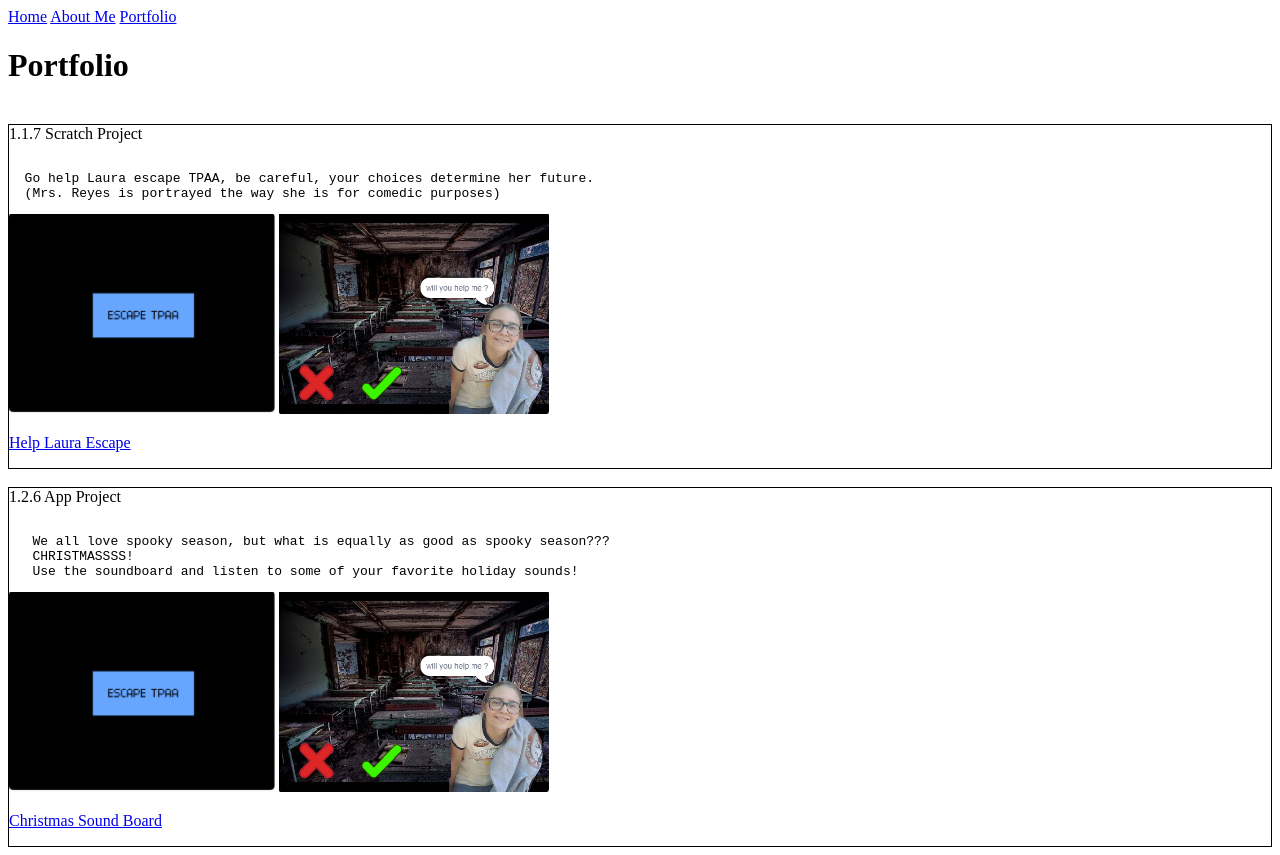
Repository: JDiaz463/JDiaz463.github.io
Page: my_website/portfolio.html
The author's editor kept a record of every edit. The page is drawn from the files as they stood at one moment, then again after the next edit.
The browser window is 1280 px wide. The pictures show the whole page.

Above is the page before.

After the next edit:
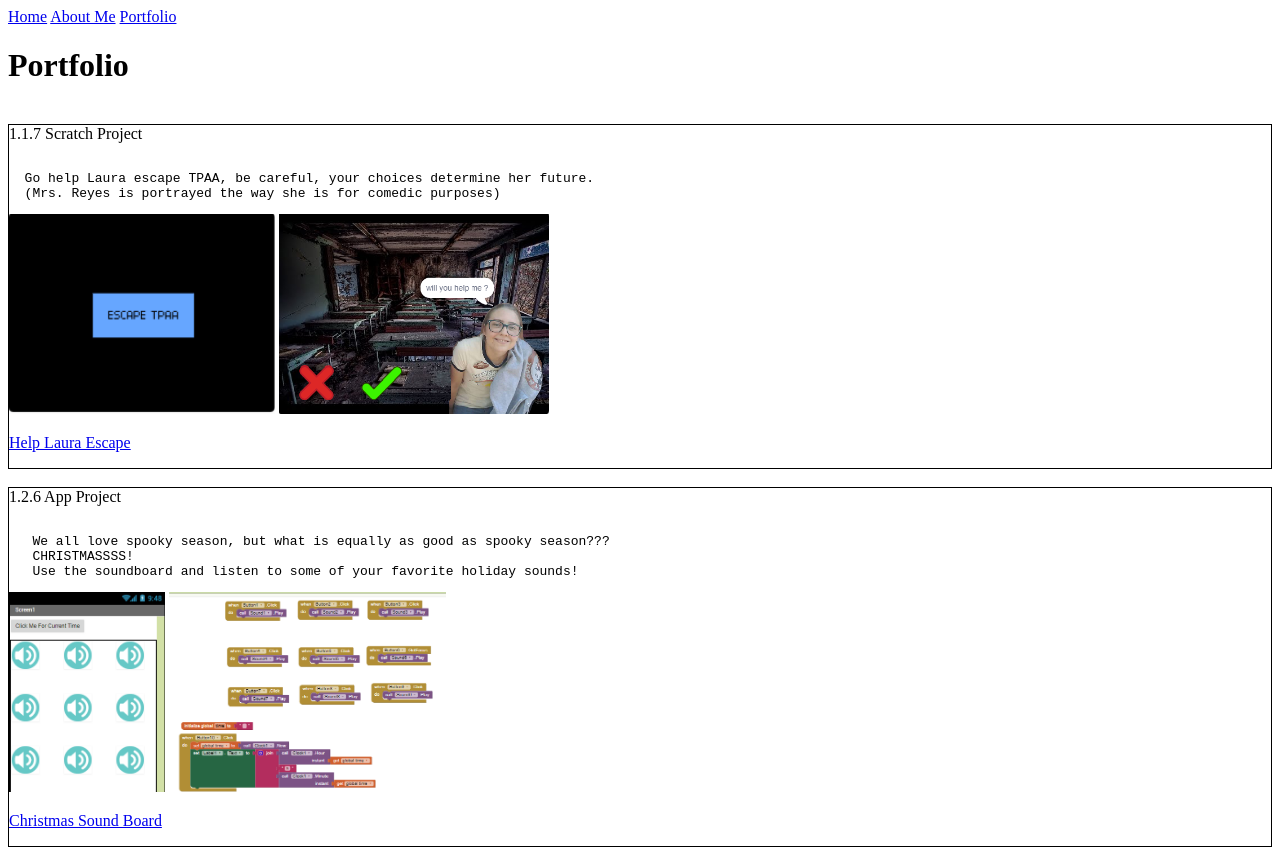
The edit:
--- a/my_website/portfolio.html
+++ b/my_website/portfolio.html
@@ -24,7 +24,7 @@
    CHRISTMASSSS!
    Use the soundboard and listen to some of your favorite holiday sounds!</pre>
     </a>
-    <img src="images/gamept.2.PNG" height="200"> <img src="images/gamept.3.png" height="200">
+   <img src="images/app.PNG" height="200"> <img src="images/code.PNG" height="200">
     <p><a href="https://scratch.mit.edu/projects/327037990">Christmas Sound Board</a></p>
     </div>
 	  </body>
